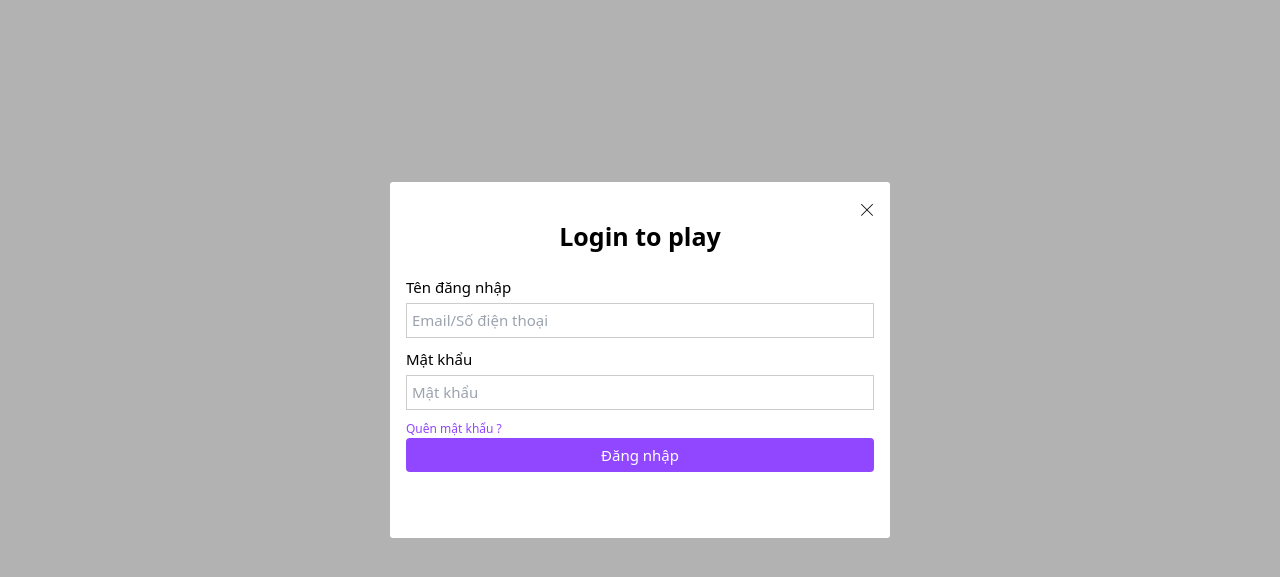
Repository: Teddy1705/demo_pj
Page: /
These files come from the project's save history. The page is drawn as it stood at one moment and after the next save; the edit follows.
The browser window is 1280 px wide. The pictures show the whole page.
The project was rebuilt for these pictures with package versions that can differ from the ones it lists, and the page was loaded fresh each time. Also part of the build but not shown: vite.config.js.

Above is the page before, as saved 2024-04-16 10:35:39.

### index.html
<!DOCTYPE html>
<html lang="en">
  <head>
    <meta charset="UTF-8" />
    <link rel="icon" type="image/svg+xml" href="/vite.svg" />
    <meta name="viewport" content="width=device-width, initial-scale=1.0" />
    <title>Tic Tac Toe</title>
    <link rel="stylesheet" href="./src/index.css" />
    <link
      rel="stylesheet"
      href="./src/assets/themify-icons/themify-icons.css"
    />
  </head>
  <body>
    <div id="root"></div>
    <script type="module" src="/src/main.jsx"></script>
  </body>
</html>

### src/index.css
:root {
  --white-color: #fff;
  --black-color: #000;
}

/*
1. Prevent padding and border from affecting element width. (https://github.com/mozdevs/cssremedy/issues/4)
2. Allow adding a border to an element by just adding a border-width. (https://github.com/tailwindcss/tailwindcss/pull/116)
*/

*,
::before,
::after {
  box-sizing: border-box;
  /* 1 */
  border-width: 0;
  /* 2 */
  border-style: solid;
  /* 2 */
  border-color: #e5e7eb;
  /* 2 */
}

::before,
::after {
  --tw-content: "";
}

/*
1. Use a consistent sensible line-height in all browsers.
2. Prevent adjustments of font size after orientation changes in iOS.
3. Use a more readable tab size.
4. Use the user's configured `sans` font-family by default.
5. Use the user's configured `sans` font-feature-settings by default.
6. Use the user's configured `sans` font-variation-settings by default.
7. Disable tap highlights on iOS
*/

html,
:host {
  line-height: 1.5;
  /* 1 */
  -webkit-text-size-adjust: 100%;
  /* 2 */
  -moz-tab-size: 4;
  /* 3 */
  -o-tab-size: 4;
  tab-size: 4;
  /* 3 */
  font-family: ui-sans-serif, system-ui, sans-serif, "Apple Color Emoji",
    "Segoe UI Emoji", "Segoe UI Symbol", "Noto Color Emoji";
  /* 4 */
  font-feature-settings: normal;
  /* 5 */
  font-variation-settings: normal;
  /* 6 */
  -webkit-tap-highlight-color: transparent;
  /* 7 */
}

/*
1. Remove the margin in all browsers.
2. Inherit line-height from `html` so users can set them as a class directly on the `html` element.
*/

body {
  margin: 0;
  /* 1 */
  line-height: inherit;
  /* 2 */
}

/*
1. Add the correct height in Firefox.
2. Correct the inheritance of border color in Firefox. (https://bugzilla.mozilla.org/show_bug.cgi?id=190655)
3. Ensure horizontal rules are visible by default.
*/

hr {
  height: 0;
  /* 1 */
  color: inherit;
  /* 2 */
  border-top-width: 1px;
  /* 3 */
}

/*
Add the correct text decoration in Chrome, Edge, and Safari.
*/

abbr:where([title]) {
  -webkit-text-decoration: underline dotted;
  text-decoration: underline dotted;
}

/*
Remove the default font size and weight for headings.
*/

h1,
h2,
h3,
h4,
h5,
h6 {
  font-size: inherit;
  font-weight: inherit;
}

/*
Reset links to optimize for opt-in styling instead of opt-out.
*/

a {
  color: inherit;
  text-decoration: inherit;
}

/*
Add the correct font weight in Edge and Safari.
*/

b,
strong {
  font-weight: bolder;
}

/*
1. Use the user's configured `mono` font-family by default.
2. Use the user's configured `mono` font-feature-settings by default.
3. Use the user's configured `mono` font-variation-settings by default.
4. Correct the odd `em` font sizing in all browsers.
*/

code,
kbd,
samp,
pre {
  font-family: ui-monospace, SFMono-Regular, Menlo, Monaco, Consolas,
    "Liberation Mono", "Courier New", monospace;
  /* 1 */
  font-feature-settings: normal;
  /* 2 */
  font-variation-settings: normal;
  /* 3 */
  font-size: 1em;
  /* 4 */
}

/*
Add the correct font size in all browsers.
*/

small {
  font-size: 80%;
}

/*
Prevent `sub` and `sup` elements from affecting the line height in all browsers.
*/

sub,
sup {
  font-size: 75%;
  line-height: 0;
  position: relative;
  vertical-align: baseline;
}

sub {
  bottom: -0.25em;
}

sup {
  top: -0.5em;
}

/*
1. Remove text indentation from table contents in Chrome and Safari. (https://bugs.chromium.org/p/chromium/issues/detail?id=999088, https://bugs.webkit.org/show_bug.cgi?id=201297)
2. Correct table border color inheritance in all Chrome and Safari. (https://bugs.chromium.org/p/chromium/issues/detail?id=935729, https://bugs.webkit.org/show_bug.cgi?id=195016)
3. Remove gaps between table borders by default.
*/

table {
  text-indent: 0;
  /* 1 */
  border-color: inherit;
  /* 2 */
  border-collapse: collapse;
  /* 3 */
}

/*
1. Change the font styles in all browsers.
2. Remove the margin in Firefox and Safari.
3. Remove default padding in all browsers.
*/

button,
input,
optgroup,
select,
textarea {
  font-family: inherit;
  /* 1 */
  font-feature-settings: inherit;
  /* 1 */
  font-variation-settings: inherit;
  /* 1 */
  font-size: 100%;
  /* 1 */
  font-weight: inherit;
  /* 1 */
  line-height: inherit;
  /* 1 */
  letter-spacing: inherit;
  /* 1 */
  color: inherit;
  /* 1 */
  margin: 0;
  /* 2 */
  padding: 0;
  /* 3 */
}

/*
Remove the inheritance of text transform in Edge and Firefox.
*/

button,
select {
  text-transform: none;
}

/*
1. Correct the inability to style clickable types in iOS and Safari.
2. Remove default button styles.
*/

button,
input:where([type="button"]),
input:where([type="reset"]),
input:where([type="submit"]) {
  -webkit-appearance: button;
  /* 1 */
  background-color: transparent;
  /* 2 */
  background-image: none;
  /* 2 */
}

/*
Use the modern Firefox focus style for all focusable elements.
*/

:-moz-focusring {
  outline: auto;
}

/*
Remove the additional `:invalid` styles in Firefox. (https://github.com/mozilla/gecko-dev/blob/2f9eacd9d3d995c937b4251a5557d95d494c9be1/layout/style/res/forms.css#L728-L737)
*/

:-moz-ui-invalid {
  box-shadow: none;
}

/*
Add the correct vertical alignment in Chrome and Firefox.
*/

progress {
  vertical-align: baseline;
}

/*
Correct the cursor style of increment and decrement buttons in Safari.
*/

::-webkit-inner-spin-button,
::-webkit-outer-spin-button {
  height: auto;
}

/*
1. Correct the odd appearance in Chrome and Safari.
2. Correct the outline style in Safari.
*/

[type="search"] {
  -webkit-appearance: textfield;
  /* 1 */
  outline-offset: -2px;
  /* 2 */
}

/*
Remove the inner padding in Chrome and Safari on macOS.
*/

::-webkit-search-decoration {
  -webkit-appearance: none;
}

/*
1. Correct the inability to style clickable types in iOS and Safari.
2. Change font properties to `inherit` in Safari.
*/

::-webkit-file-upload-button {
  -webkit-appearance: button;
  /* 1 */
  font: inherit;
  /* 2 */
}

/*
Add the correct display in Chrome and Safari.
*/

summary {
  display: list-item;
}

/*
Removes the default spacing and border for appropriate elements.
*/

blockquote,
dl,
dd,
h1,
h2,
h3,
h4,
h5,
h6,
hr,
figure,
p,
pre {
  margin: 0;
}

fieldset {
  margin: 0;
  padding: 0;
}

legend {
  padding: 0;
}

ol,
ul,
menu {
  list-style: none;
  margin: 0;
  padding: 0;
}

/*
Reset default styling for dialogs.
*/

dialog {
  padding: 0;
}

/*
Prevent resizing textareas horizontally by default.
*/

textarea {
  resize: vertical;
}

/*
1. Reset the default placeholder opacity in Firefox. (https://github.com/tailwindlabs/tailwindcss/issues/3300)
2. Set the default placeholder color to the user's configured gray 400 color.
*/

input::-moz-placeholder,
textarea::-moz-placeholder {
  opacity: 1;
  /* 1 */
  color: #9ca3af;
  /* 2 */
}

input::placeholder,
textarea::placeholder {
  opacity: 1;
  /* 1 */
  color: #9ca3af;
  /* 2 */
}

/*
Set the default cursor for buttons.
*/

button,
[role="button"] {
  cursor: pointer;
}

/*
Make sure disabled buttons don't get the pointer cursor.
*/

:disabled {
  cursor: default;
}

/*
1. Make replaced elements `display: block` by default. (https://github.com/mozdevs/cssremedy/issues/14)
2. Add `vertical-align: middle` to align replaced elements more sensibly by default. (https://github.com/jensimmons/cssremedy/issues/14#issuecomment-634934210)
   This can trigger a poorly considered lint error in some tools but is included by design.
*/

img,
svg,
video,
canvas,
audio,
iframe,
embed,
object {
  display: block;
  /* 1 */
  vertical-align: middle;
  /* 2 */
}

/*
Constrain images and videos to the parent width and preserve their intrinsic aspect ratio. (https://github.com/mozdevs/cssremedy/issues/14)
*/

img,
video {
  max-width: 100%;
  height: auto;
}

/* Make elements with the HTML hidden attribute stay hidden by default */

[hidden] {
  display: none;
}

*,
::before,
::after {
  --tw-border-spacing-x: 0;
  --tw-border-spacing-y: 0;
  --tw-translate-x: 0;
  --tw-translate-y: 0;
  --tw-rotate: 0;
  --tw-skew-x: 0;
  --tw-skew-y: 0;
  --tw-scale-x: 1;
  --tw-scale-y: 1;
  --tw-pan-x: ;
  --tw-pan-y: ;
  --tw-pinch-zoom: ;
  --tw-scroll-snap-strictness: proximity;
  --tw-gradient-from-position: ;
  --tw-gradient-via-position: ;
  --tw-gradient-to-position: ;
  --tw-ordinal: ;
  --tw-slashed-zero: ;
  --tw-numeric-figure: ;
  --tw-numeric-spacing: ;
  --tw-numeric-fraction: ;
  --tw-ring-inset: ;
  --tw-ring-offset-width: 0px;
  --tw-ring-offset-color: #fff;
  --tw-ring-color: rgb(59 130 246 / 0.5);
  --tw-ring-offset-shadow: 0 0 #0000;
  --tw-ring-shadow: 0 0 #0000;
  --tw-shadow: 0 0 #0000;
  --tw-shadow-colored: 0 0 #0000;
  --tw-blur: ;
  --tw-brightness: ;
  --tw-contrast: ;
  --tw-grayscale: ;
  --tw-hue-rotate: ;
  --tw-invert: ;
  --tw-saturate: ;
  --tw-sepia: ;
  --tw-drop-shadow: ;
  --tw-backdrop-blur: ;
  --tw-backdrop-brightness: ;
  --tw-backdrop-contrast: ;
  --tw-backdrop-grayscale: ;
  --tw-backdrop-hue-rotate: ;
  --tw-backdrop-invert: ;
  --tw-backdrop-opacity: ;
  --tw-backdrop-saturate: ;
  --tw-backdrop-sepia: ;
  --tw-contain-size: ;
  --tw-contain-layout: ;
  --tw-contain-paint: ;
  --tw-contain-style: ;
}

::backdrop {
  --tw-border-spacing-x: 0;
  --tw-border-spacing-y: 0;
  --tw-translate-x: 0;
  --tw-translate-y: 0;
  --tw-rotate: 0;
  --tw-skew-x: 0;
  --tw-skew-y: 0;
  --tw-scale-x: 1;
  --tw-scale-y: 1;
  --tw-pan-x: ;
  --tw-pan-y: ;
  --tw-pinch-zoom: ;
  --tw-scroll-snap-strictness: proximity;
  --tw-gradient-from-position: ;
  --tw-gradient-via-position: ;
  --tw-gradient-to-position: ;
  --tw-ordinal: ;
  --tw-slashed-zero: ;
  --tw-numeric-figure: ;
  --tw-numeric-spacing: ;
  --tw-numeric-fraction: ;
  --tw-ring-inset: ;
  --tw-ring-offset-width: 0px;
  --tw-ring-offset-color: #fff;
  --tw-ring-color: rgb(59 130 246 / 0.5);
  --tw-ring-offset-shadow: 0 0 #0000;
  --tw-ring-shadow: 0 0 #0000;
  --tw-shadow: 0 0 #0000;
  --tw-shadow-colored: 0 0 #0000;
  --tw-blur: ;
  --tw-brightness: ;
  --tw-contrast: ;
  --tw-grayscale: ;
  --tw-hue-rotate: ;
  --tw-invert: ;
  --tw-saturate: ;
  --tw-sepia: ;
  --tw-drop-shadow: ;
  --tw-backdrop-blur: ;
  --tw-backdrop-brightness: ;
  --tw-backdrop-contrast: ;
  --tw-backdrop-grayscale: ;
  --tw-backdrop-hue-rotate: ;
  --tw-backdrop-invert: ;
  --tw-backdrop-opacity: ;
  --tw-backdrop-saturate: ;
  --tw-backdrop-sepia: ;
  --tw-contain-size: ;
  --tw-contain-layout: ;
  --tw-contain-paint: ;
  --tw-contain-style: ;
}

#modal {
  position: fixed;
  top: 0;
  right: 0;
  bottom: 0;
  left: 0;
  display: flex;
  align-items: center;
  justify-content: center;
}

#modal .modal__overlay {
  position: absolute;
  width: 100%;
  height: 100%;
  background-color: rgba(0, 0, 0, 0.3);
}

#modal .modal__body {
  position: relative;
  background-color: var(--white-color);
  margin: auto;
  width: 500px;
  min-height: 300px;
  padding: 16px;
  border-radius: 3px;
}

.auth-form {
}

.auth-form__heading {
  font-size: 25px;
  font-weight: 700;
  text-align: center;
  margin: 20px 0;
}

.auth-form__close {
  position: absolute;
  top: 0;
  right: 0;
  font-size: 14px;
  padding: 18px 16px;
}

.auth-form__close:hover {
  background-color: #ccc;
  cursor: pointer;
}

.auth-form__info {
}

.auth-form__info-details {
}

.auth-form__label {
  display: block;
  font-size: 15px;
  font-weight: 500;
}

.auth-form__info-input {
  border: 1px solid #ccc;
  width: 100%;
  font-size: 15px;
  padding: 5px;
  margin: 5px 0 10px;
}

.auth-form__help {
  font-size: 12px;
  color: #9147ff;
  margin: 0;
}

.auth-form__btn {
  width: 100%;
  background-color: #9147ff;
  color: #fff;
  font-size: 15px;
  font-weight: 500;
  padding: 6px;
  border-radius: 4px;
  margin-bottom: 50px;
}

### src/main.jsx
import React from "react";
import ReactDOM from "react-dom/client";
import App from "./App.jsx";
import { createBrowserRouter, RouterProvider } from "react-router-dom";
import Root from "./routes/root";
import "./index.css";

const router = createBrowserRouter([
  {
    path: "/",
    element: <Root />,
  },
]);

ReactDOM.createRoot(document.getElementById("root")).render(
  <React.StrictMode>
    <RouterProvider router={router} />
    <App />
  </React.StrictMode>
);

### src/routes/root.jsx
export default function Root() {
  return (
    <>
      <div id="modal">
        <div className="modal__overlay"></div>
        <div className="modal__body">
          <div className="auth-form">
            <h1 className="auth-form__heading">Login to play</h1>
            <div className="auth-form__close">
              <i className="ti-close"></i>
            </div>
            <div className="auth-form__info">
              <div className="auth-form__info-details">
                <label htmlFor="" className="auth-form__label">
                  Tên đăng nhập
                </label>
                <input
                  type="text"
                  className="auth-form__info-input"
                  placeholder="Email/Số điện thoại"
                />
              </div>
              <div className="auth-form__info-details">
                <label htmlFor="" className="auth-form__label">
                  Mật khẩu
                </label>
                <input
                  type="password"
                  className="auth-form__info-input"
                  placeholder="Mật khẩu"
                />
              </div>
            </div>
            <div className="auth-form__help">Quên mật khẩu ?</div>
            <button className="auth-form__btn">
              <a
                href={`https://codesandbox.io/s/q2z497?file=%2Fsrc%2FApp.js&utm_medium=sandpack`}
                className=""
              >
                Đăng nhập
              </a>
            </button>
          </div>
        </div>
      </div>
      <div id="detail"></div>
    </>
  );
}

Loaded but not shown: src/assets/themify-icons/themify-icons.css (common file); src/App.jsx (common file)

After the next save:
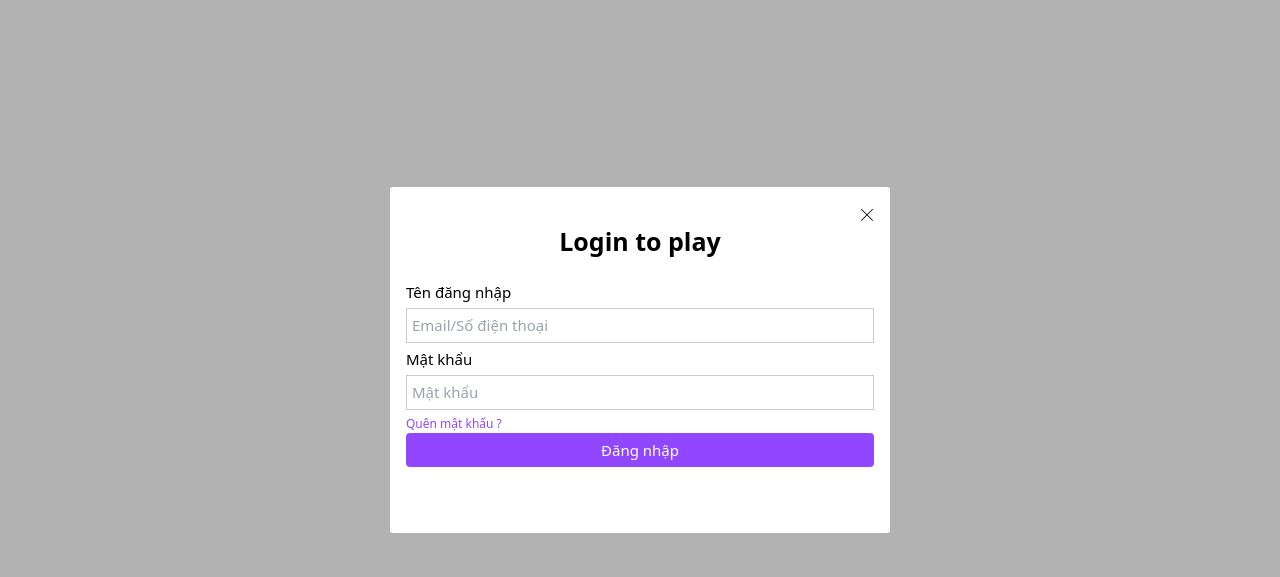
Saved 36 s later.
--- a/src/index.css
+++ b/src/index.css
@@ -628,7 +628,7 @@ video {
   width: 100%;
   font-size: 15px;
   padding: 5px;
-  margin: 5px 0 10px;
+  margin: 5px 0 5px;
 }
 
 .auth-form__help {
